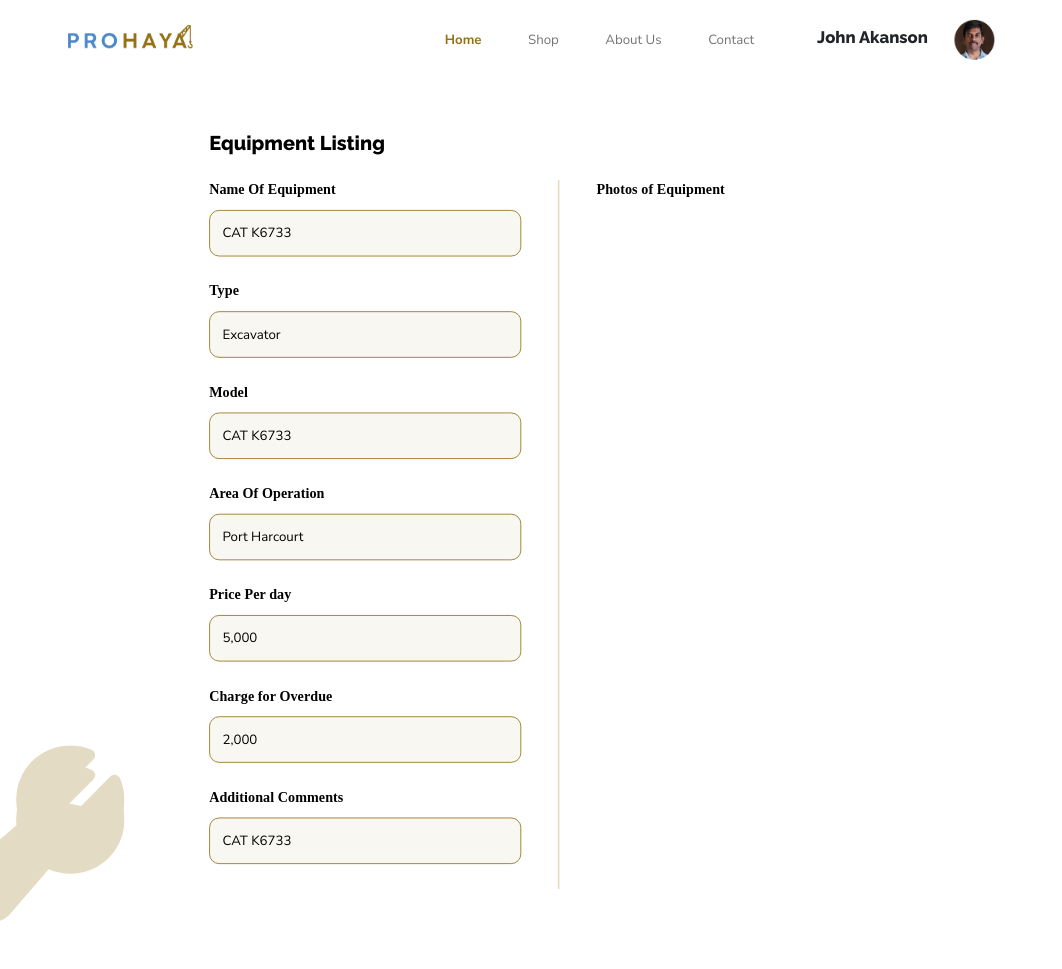
Repository: stormcelltech/Prohaya-UI
Page: Prohaya-UI/equipment_listing.html
An editor plug-in stored every save of this project. The page is shown before and after the next save, followed by the edit.
The browser window is 1280 px wide. The pictures show the whole page, at 83% of full size.
Some web libraries are served in a nearby version.

Above is the page before, as saved 2022-04-14 03:31:31.
Console error: TypeError: $(...).owlCarousel is not a function

After the next save:
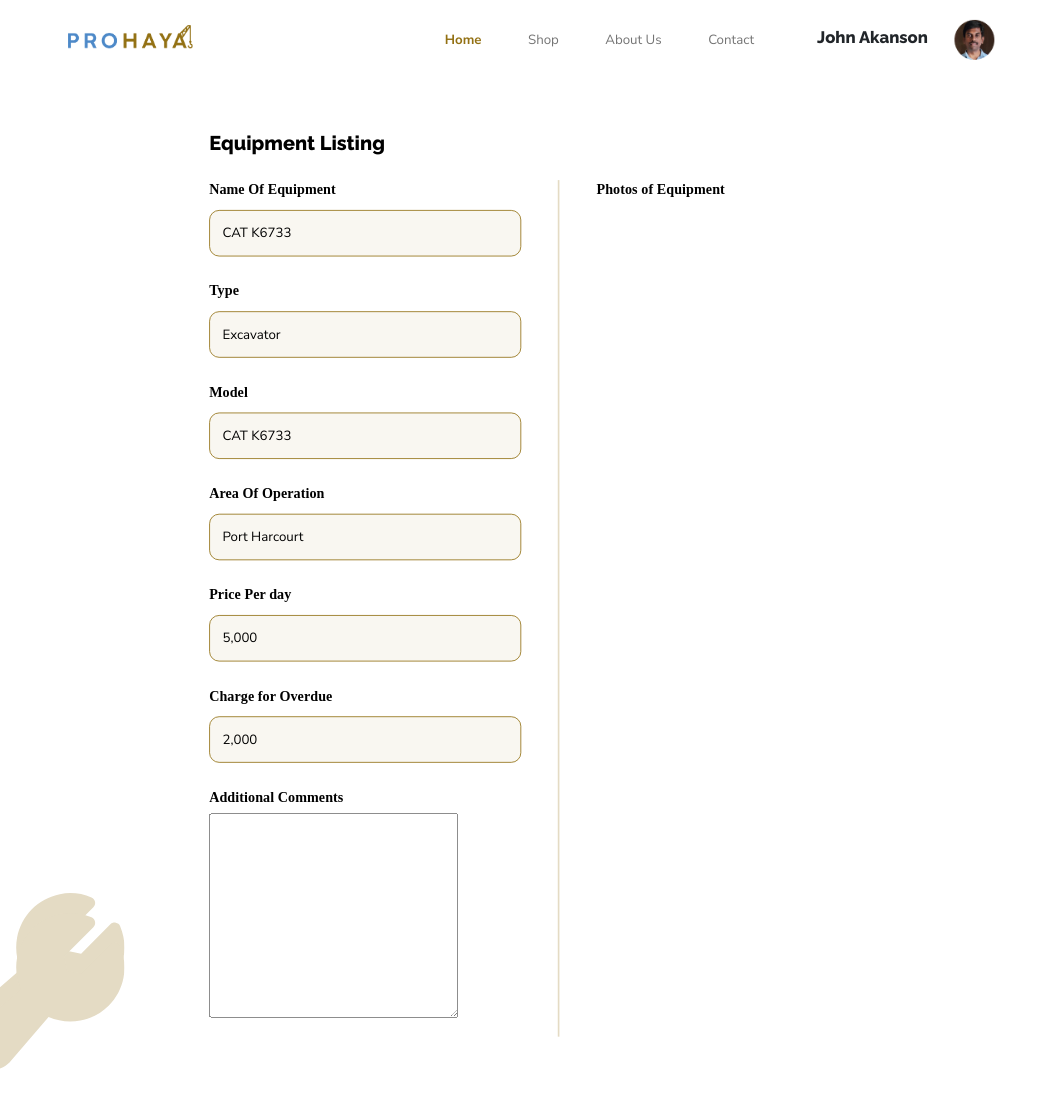
Saved 20 s later.
--- a/Prohaya-UI/equipment_listing.html
+++ b/Prohaya-UI/equipment_listing.html
@@ -90,7 +90,8 @@
                             </div>
                             <div class="mb-3">
                                 <label for="exampleFormControlInput1" class="form-label custom-labels">Additional Comments</label>
-                                <input type="text" class="form-control custom-input" id="exampleFormControlInput1" placeholder="CAT K6733">
+                                <textarea name="" id="" cols="30" rows="10"></textarea>
+                                <!-- <input type="text" class="form-control custom-input" id="exampleFormControlInput1" placeholder="CAT K6733"> -->
                             </div>
 
                         </div>
